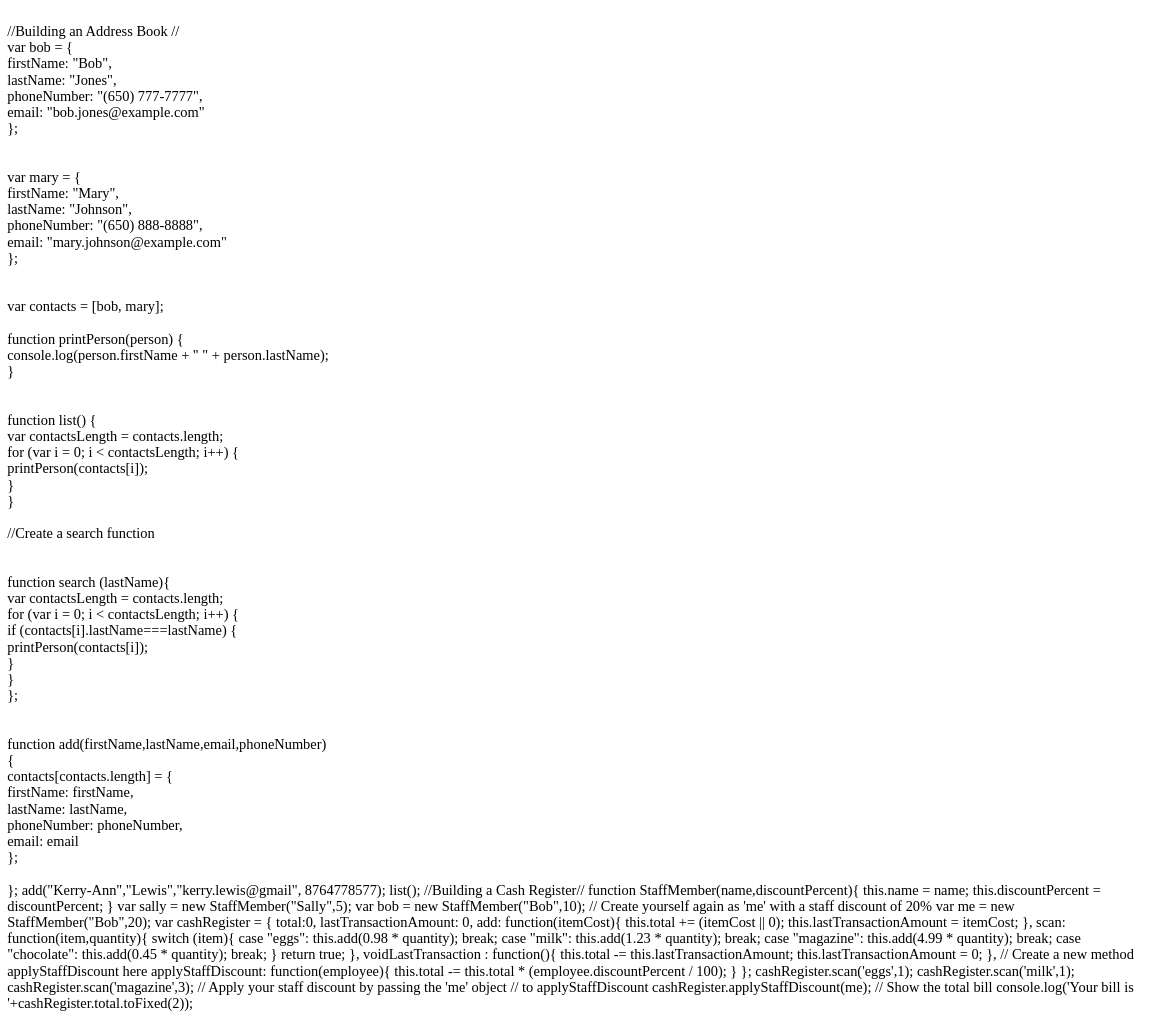
Repository: kernicole/info2180project1
Page: script.html
The author's editor kept a record of every edit. The page is drawn from the files as they stood at one moment, then again after the next edit.
The browser window is 1280 px wide. The pictures show the whole page, at 90% of full size.

Above is the page before.

### script.html
<html>
<title> Script Source Code </title>
<body>
<br/>//Building an Address Book //
<br/>var bob = {
<br/>    firstName: "Bob",
<br/>    lastName: "Jones",
<br/>    phoneNumber: "(650) 777-7777",
<br/>    email: "bob.jones@example.com"
<br/>};
<br/>
<br/>
<br/>var mary = {
<br/>    firstName: "Mary",
<br/>    lastName: "Johnson",
<br/>    phoneNumber: "(650) 888-8888",
<br/>    email: "mary.johnson@example.com"
<br/>};
<br/>
<br/>
<br/>var contacts = [bob, mary];
<br/>
<br/>function printPerson(person) {
<br/>    console.log(person.firstName + " " + person.lastName);
<br/>}
<br/>
<br/>
<br/>function list() {
<br/>	var contactsLength = contacts.length;
<br/>	for (var i = 0; i < contactsLength; i++) {
<br/>		printPerson(contacts[i]);
<br/>	}
<br/>}
<br/>
<br/>//Create a search function
<br/>
<br/>
<br/>function search (lastName){
<br/>   var contactsLength = contacts.length;
<br/>	for (var i = 0; i < contactsLength; i++) {
<br/>	    if (contacts[i].lastName===lastName) {
<br/>	        printPerson(contacts[i]);
<br/>	    }
<br/>	}
<br/>};



<br/>
<br/>

<br/>function add(firstName,lastName,email,phoneNumber)
<br/>{
<br/>    contacts[contacts.length] = {
<br/>    firstName: firstName,
<br/>    lastName: lastName,
<br/>    phoneNumber: phoneNumber,
<br/>    email: email
<br/>};

<br/>


<br/>};


add("Kerry-Ann","Lewis","kerry.lewis@gmail", 8764778577);

list();






//Building a Cash Register//



function StaffMember(name,discountPercent){
    this.name = name;
    this.discountPercent = discountPercent;
}

var sally = new StaffMember("Sally",5);
var bob = new StaffMember("Bob",10);

// Create yourself again as 'me' with a staff discount of 20%
var me = new StaffMember("Bob",20);

var cashRegister = {
    total:0,
    lastTransactionAmount: 0,
    add: function(itemCost){
        this.total += (itemCost || 0);
        this.lastTransactionAmount = itemCost;
    },
    scan: function(item,quantity){
        switch (item){
        case "eggs": this.add(0.98 * quantity); break;
        case "milk": this.add(1.23 * quantity); break;
        case "magazine": this.add(4.99 * quantity); break;
        case "chocolate": this.add(0.45 * quantity); break;
        }
        return true;
    },
    voidLastTransaction : function(){
        this.total -= this.lastTransactionAmount;
        this.lastTransactionAmount = 0;
    },
    // Create a new method applyStaffDiscount here
    applyStaffDiscount: function(employee){
        this.total -= this.total * (employee.discountPercent / 100);
    }

};

cashRegister.scan('eggs',1);
cashRegister.scan('milk',1);
cashRegister.scan('magazine',3);
// Apply your staff discount by passing the 'me' object
// to applyStaffDiscount
cashRegister.applyStaffDiscount(me);

// Show the total bill
console.log('Your bill is '+cashRegister.total.toFixed(2));
</body>
</html>

After the next edit:
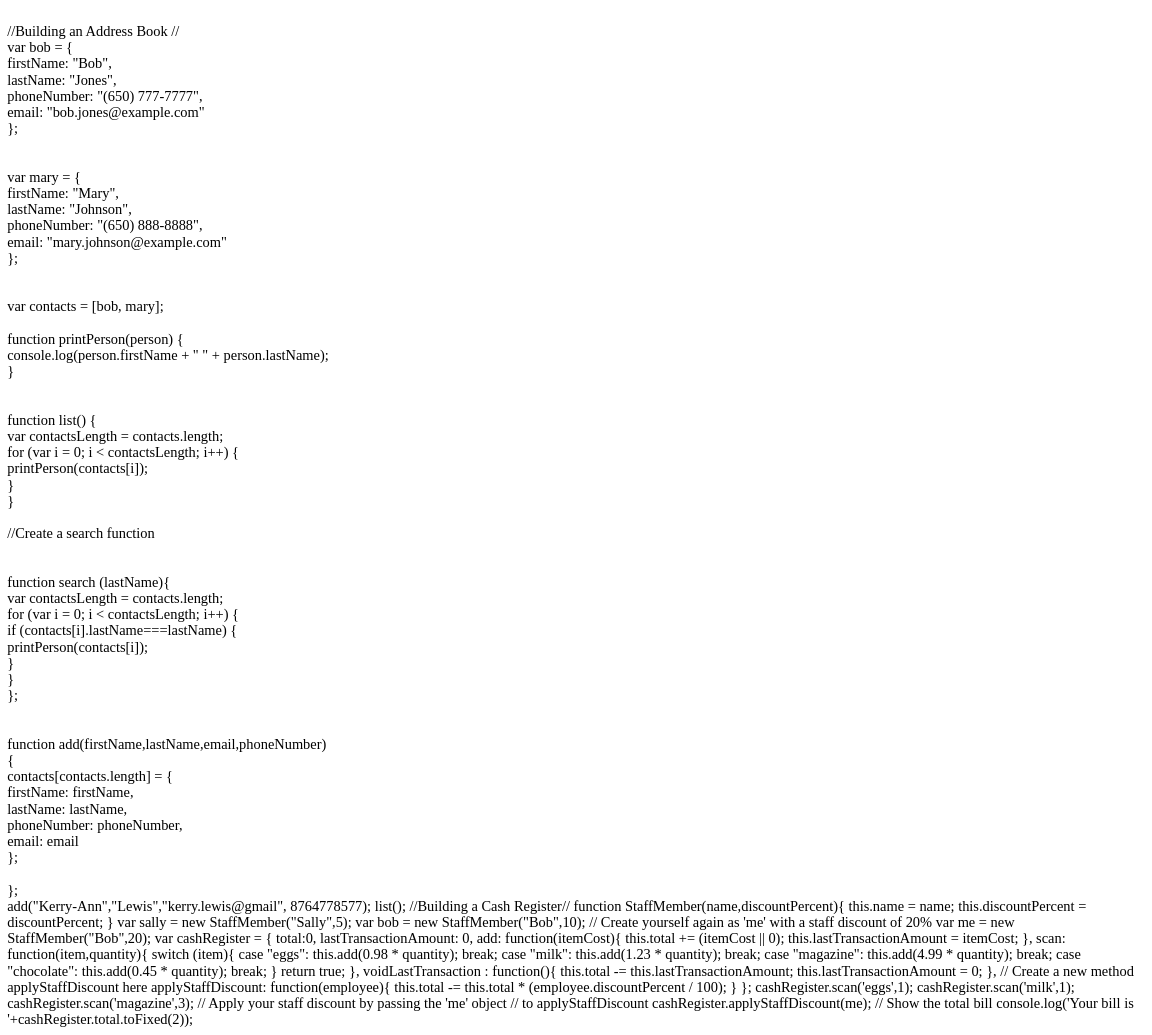
The edit:
--- a/script.html
+++ b/script.html
@@ -64,7 +64,7 @@
 <br/>};
 
 
-add("Kerry-Ann","Lewis","kerry.lewis@gmail", 8764778577);
+<br/>add("Kerry-Ann","Lewis","kerry.lewis@gmail", 8764778577);
 
 list();
 
